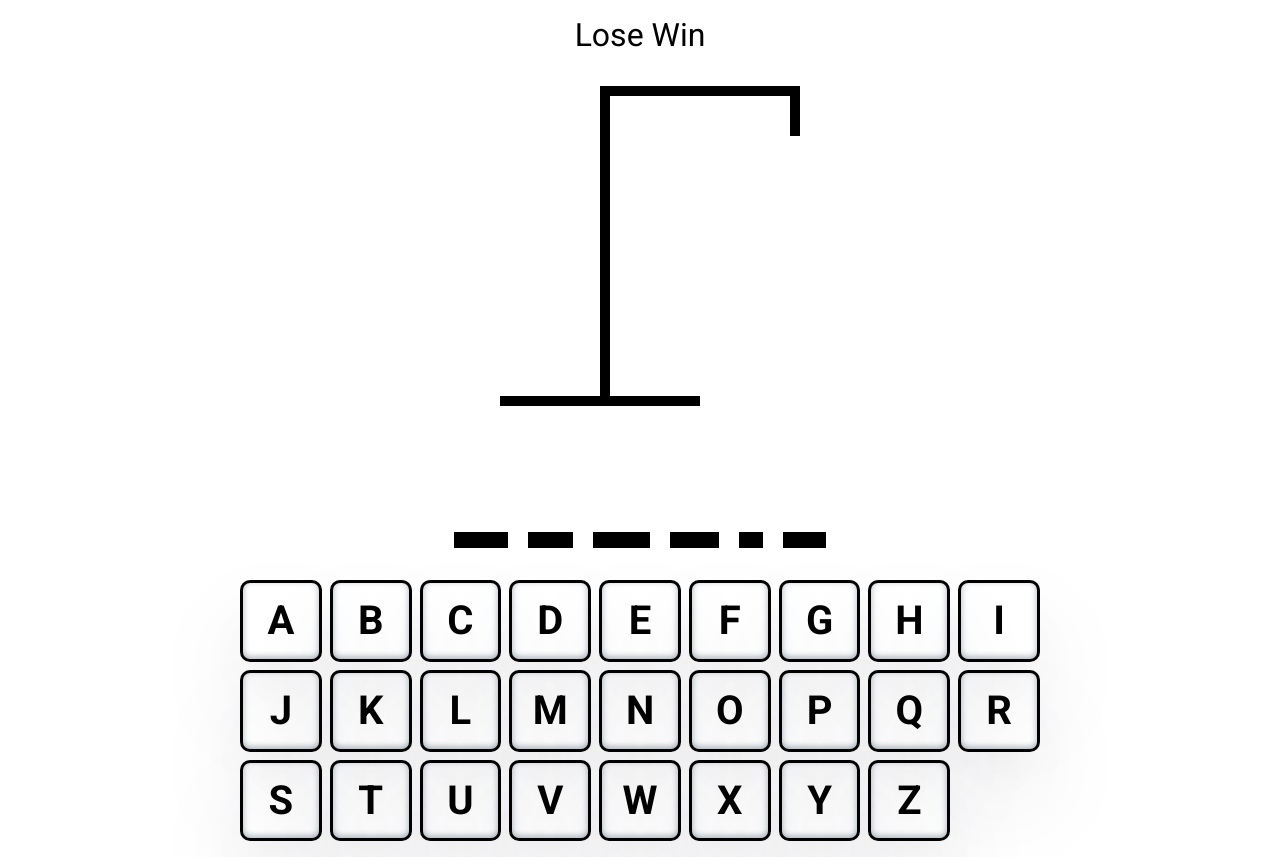
Repository: guilhermecardoso93/jogodaforca
Page: /
An editor plug-in stored every save of this project. The page is shown before and after the next save, followed by the edit.
The browser window is 1280 px wide. The pictures show the whole page.
The project was rebuilt for these pictures with package versions that can differ from the ones it lists, and the page was loaded fresh each time. Also part of the build but not shown: vite.config.ts.

Above is the page before, as saved 2022-12-06 22:05:24.

### index.html
<!DOCTYPE html>
<html lang="en">
  <head>
    <meta charset="UTF-8" />
    <link rel="icon" type="image/svg+xml" href="/vite.svg" />
    <meta name="viewport" content="width=device-width, initial-scale=1.0" />
    <link rel="preconnect" href="https://fonts.googleapis.com"><link
      rel="preconnect" href="https://fonts.gstatic.com" crossorigin><link
      href="https://fonts.googleapis.com/css2?family=Roboto:ital,wght@0,400;0,500;0,700;1,400&display=swap"
      rel="stylesheet">
    <title>Vite + React + TS</title>
  </head>
  <body>
    <div id="root"></div>
    <script type="module" src="/src/main.tsx"></script>
  </body>
</html>

### src/App.tsx
import { useCallback, useEffect, useState } from "react";
import words from "./wordList.json";

import { HangmanDrawing } from "./components/HangmanDrawing";
import { HangmanWord } from "./components/HangmanWord";
import { Keyboard } from "./components/Keyboard";

import "./App.css";

function randomWords() {
  return words[Math.floor(Math.random() * words.length)];
}

export function App() {
  const [wordToGuess, setWordToGuess] = useState(randomWords);
  const [guessedLetters, setGuessedLetters] = useState<string[]>([]);

  const incorrectLetters = guessedLetters.filter(
    (letter) => !wordToGuess.includes(letter)
  );

  const addGuessedLetter = useCallback(
    (letter: string) => {
      if (guessedLetters.includes(letter)) return

      setGuessedLetters(currentLetters => [...currentLetters, letter])
    },
    [guessedLetters]
  )

  useEffect(() => {
    const handler = (e: KeyboardEvent) => {
      const key = e.key
      if (!key.match(/^[a-z]$/)) return

      e.preventDefault()
      addGuessedLetter(key)
    }

    document.addEventListener("keypress", handler)

    return () => {
      document.removeEventListener("keypress", handler)
    }
  }, [guessedLetters])

  return (
    <div className="container">
      <div className="loseOrWin">Lose Win</div>

      <HangmanDrawing numberOfGuesses={incorrectLetters.length} />
      <HangmanWord guessedLetters={guessedLetters} wordToGuess={wordToGuess} />
      <div style={{ alignSelf: "stretch" }}>
        <Keyboard />
      </div>
    </div>
  );
}

### src/wordList.json
[
  "capaz",
  "sobre",
  "absoluto",
  "aceitar",
  "conta",
  "alcançar",
  "através",
  "ativo",
  "real",
  "Admitem",
  "anunciar",
  "afetar",
  "proporcionar",
  "depois",
  "tarde",
  "novamente",
  "contra",
  "agente",
  "aceita",
  "permitir",
  "quase",
  "já",
  "tudo bem",
  "também",
  "Apesar",
  "sempre",
  "América",
  "quantia",
  "outro",
  "responda",
  "separado",
  "aparente",
  "aparecer",
  "Aplique",
  "nomear",
  "abordagem",
  "apropriado",
  "área",
  "argumentar",
  "arranjo",
  "associado",
  "presumir",
  "participar",
  "autoridade",
  "acessível",
  "consciente",
  "horrível",
  "bebê",
  "Saldo",
  "bola",
  "banco",
  "base",
  "base",
  "urso",
  "bater",
  "beleza",
  "Porque",
  "antes da",
  "começar",
  "acreditam",
  "beneficiar",
  "melhor",
  "entre",
  "conta",
  "nascimento",
  "Preto",
  "cara",
  "sangue",
  "golpe",
  "limite",
  "linha",
  "Lista",
  "ouço",
  "pequena",
  "viver",
  "carregar",
  "local",
  "trancar",
  "Londres",
  "grandes",
  "olhar",
  "senhor",
  "perder",
  "amor",
  "sorte",
  "almoço",
  "máquina",
  "faço",
  "gerir",
  "muitos",
  "marca",
  "mercado",
  "casar",
  "Combine",
  "matéria",
  "significa",
  "significado",
  "a medida",
  "encontrar",
  "membro",
  "menção",
  "meio",
  "poderia",
  "milha",
  "ouvir",
  "coração",
  "aquecer",
  "pesado",
  "inferno",
  "ajuda",
  "aqui",
  "Alto",
  "história",
  "aguarde",
  "feriado",
  "casa",
  "honesto",
  "esperança",
  "cavalo",
  "hospital",
  "hora",
  "lar",
  "Contudo",
  "olá",
  "centenas",
  "esposo",
  "idéia",
  "identificar",
  "Imagine",
  "importante",
  "melhorar",
  "incluir",
  "renda",
  "aumentar",
  "na verdade",
  "Individual",
  "indústria",
  "informar",
  "garantir",
  "interesse",
  "em",
  "introduzir",
  "investir",
  "envolver",
  "questão",
  "item",
  "Jesus",
  "Junte",
  "juiz",
  "pular",
  "apenas",
  "guarda",
  "matar",
  "Gentil",
  "rei",
  "cozinha",
  "bater",
  "conhecer",
  "trabalho",
  "senhora",
  "terra",
  "Língua",
  "ampla",
  "último",
  "tarde",
  "riso",
  "conduzir",
  "aprender",
  "sair",
  "deixei",
  "menos",
  "carta",
  "nível",
  "vida",
  "leve",
  "Curti",
  "provável",
  "cinco",
  "apartamento",
  "piso",
  "Segue",
  "Comida",
  "pé",
  "força",
  "esquecer",
  "Formato",
  "fortuna",
  "frente",
  "quatro",
  "França",
  "gratuitamente",
  "amigo",
  "a partir de",
  "frente",
  "cheio",
  "função",
  "fundo",
  "futuro",
  "jogos",
  "jardim",
  "em geral",
  "Alemanha",
  "menina",
  "dar",
  "vidro",
  "Boa",
  "adeus",
  "governo",
  "grande",
  "conceder",
  "excelente",
  "verde",
  "chão",
  "grupo",
  "crescer",
  "acho",
  "cabelo",
  "metade",
  "corredor",
  "mão",
  "pendurar",
  "acontecer",
  "feliz",
  "duro",
  "odiar",
  "tenho",
  "cabeça",
  "saúde"
]

### src/components/HangmanDrawing.tsx
const HEAD = (
  <div
    style={{
      width: "50px",
      height: "50px",
      borderRadius: "100%",
      border: "10px solid black",
      position: "absolute",
      top: "49px",
      right: "-20px",
    }}
  />
);

const BODY = (
  <div
    style={{
      width: "10px",
      height: "100px",
      background: "black",
      position: "absolute",
      top: "90px",
      right: 0,
    }}
  />
);

const RIGHT_ARM = (
  <div
    style={{
      width: "100px",
      height: "10px",
      background: "black",
      position: "absolute",
      top: "120px",
      right: "-100px",
      rotate: "-30deg",
      transformOrigin: "left bottom",
    }}
  />
);

const LEFT_ARM = (
  <div
    style={{
      width: "100px",
      height: "10px",
      background: "black",
      position: "absolute",
      top: "120px",
      right: "10px",
      rotate: "30deg",
      transformOrigin: "right bottom",
    }}
  />
);

const RIGHT_LEG = (
  <div
    style={{
      width: "100px",
      height: "10px",
      background: "black",
      position: "absolute",
      top: "180px",
      right: "-90px",
      rotate: "60deg",
      transformOrigin: "left bottom",
    }}
  />
);

const LEFT_LEG = (
  <div
    style={{
      width: "100px",
      height: "10px",
      background: "black",
      position: "absolute",
      top: "180px",
      right: 0,
      rotate: "-60deg",
      transformOrigin: "right bottom",
    }}
  />
);

const BODY_PARTS = [HEAD, BODY, RIGHT_ARM, LEFT_ARM, RIGHT_LEG, LEFT_LEG];

type HangmanDrawingProps = {
  numberOfGuesses: number;
};

export function HangmanDrawing({ numberOfGuesses }: HangmanDrawingProps) {
  return (
    <div style={{ position: "relative" }}>
      {BODY_PARTS.slice(0, numberOfGuesses)}
      <div
        style={{
          height: "50px",
          width: "10px",
          background: "black",
          position: "absolute",
          top: 0,
          right: 0,
        }}
      />
      <div
        style={{
          height: "10px",
          width: "200px",
          background: "black",
          marginLeft: "120px",
        }}
      />
      <div
        style={{
          height: "300px",
          width: "10px",
          background: "black",
          marginLeft: "120px",
        }}
      />
      <div
        style={{
          height: "10px",
          width: "200px",
          marginLeft: "20px",
          background: "black",
        }}
      />
    </div>
  );
}

### src/components/HangmanWord.tsx
import "../App.css";

type HangmanWordProps = {
  guessedLetters:string[];
  wordToGuess: string;
}

export function HangmanWord({guessedLetters, wordToGuess} : HangmanWordProps) {


    return (
    <div className="HangmanWordContainer">
      {wordToGuess.split("").map((letter, index) => (
        <span key={index}>
          <span
            style={{
              visibility: guessedLetters.includes(letter)
                ? "visible"
                : "hidden",
            }}
          >
            {letter}
          </span>
        </span>
      ))}
    </div>
  );
}

### src/components/Keyboard.tsx
import styles from "./Keyboard.module.css";
const KEYS = [
  "a",
  "b",
  "c",
  "d",
  "e",
  "f",
  "g",
  "h",
  "i",
  "j",
  "k",
  "l",
  "m",
  "n",
  "o",
  "p",
  "q",
  "r",
  "s",
  "t",
  "u",
  "v",
  "w",
  "x",
  "y",
  "z",
];

export function Keyboard() {
  return (
    <div className={styles.KeyboardContainer}>
      {KEYS.map((key) => {
        return (
          <button key={key} className={styles.btn}>
            {key}
          </button>
        );
      })}
    </div>
  );
}

### src/App.css
* {
  margin: 0;
  passing: 0;
  box-sizing: border-box;
  font-family: "Roboto", sans-serif;
}

body {
  margin: 1rem;
}

.container {
  max-width: 800px;
  display: flex;
  flex-direction: column;
  gap: 2rem;
  margin: 0 auto;
  align-items: center;
  justify-content: center;
}

.loseOrWin {
  font-size: 2rem;
  text-align: center;
}

.HangmanWordContainer {
  display: flex;
  gap: 0.25em;
  font-size: 5rem;
  font-weight: bold;
  text-transform: uppercase;
}

.HangmanWordContainer > span {
  border-bottom: 1rem solid black;
}

.HangmanWordContainer .invisibleLetter {
  visibility: hidden;
}

### src/components/Keyboard.module.css
.KeyboardContainer {
  display: grid;
  grid-template-columns: repeat(auto-fit, minmax(75px, 1fr));
  gap: 0.5rem;
  align-itens: center;
}

.btn {
  width: 100%;
  border: 3px solid black;
  background: none;
  aspect-ratio: 1 / 1;
  font-size: 2.5rem;
  text-transform: uppercase;
  padding: 0.5rem;
  font-weight: bold;
  cursor: pointer;
  color: black;
  border-radius: 10px;
  box-shadow: rgba(50, 50, 93, 0.25) 0px 50px 100px -20px,
    rgba(0, 0, 0, 0.3) 0px 30px 60px -30px,
    rgba(10, 37, 64, 0.35) 0px -2px 6px 0px inset;
}

.btn.active {
  background-color: hsl(200, 100%, 50%);
  color: white;
}

.btn.inactive {
  opacity: 0.3;
}

.btn:hover:not(:disabled),
.btn:focus:not(:disabled) {
  background-color: hsl(200, 100%, 75%);
}

Loaded but not shown: src/main.tsx (common file)

After the next save:
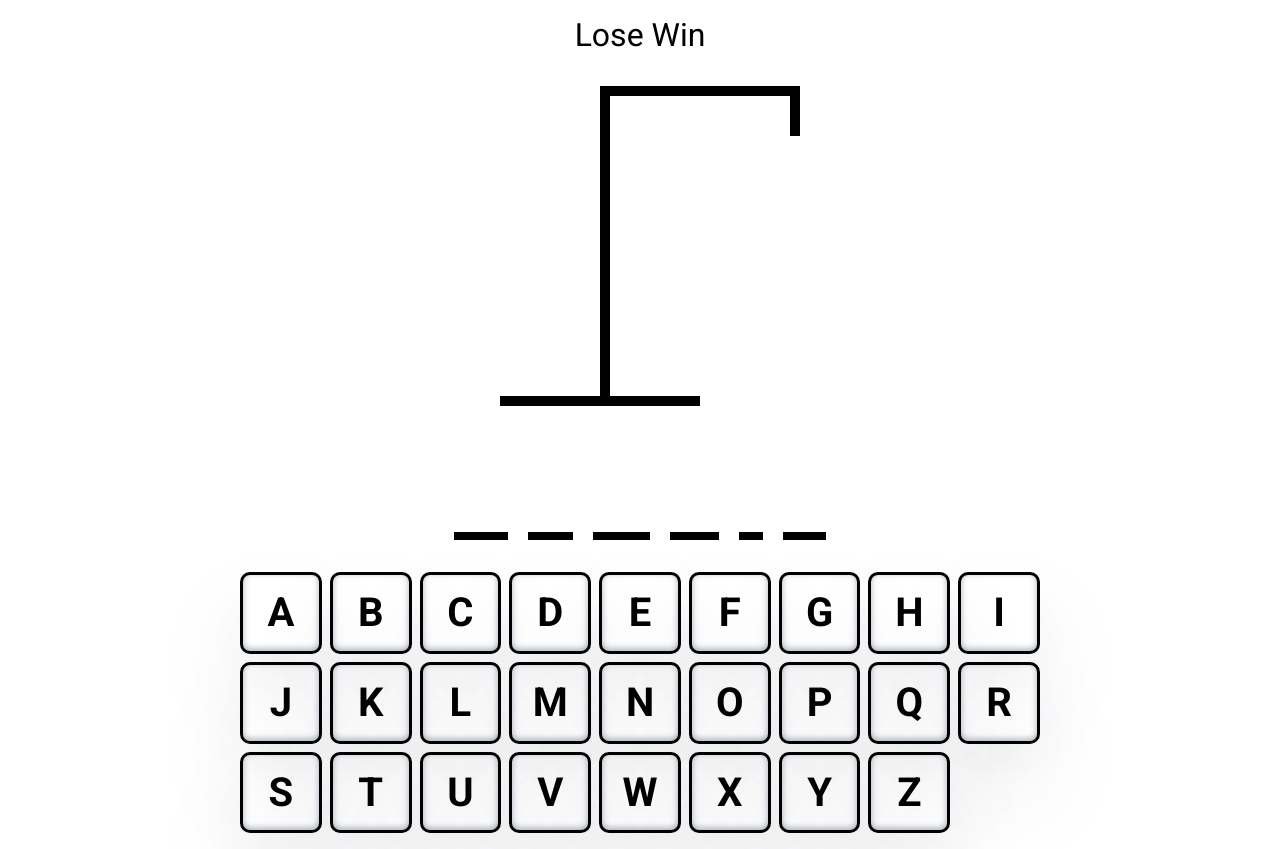
Saved 84 s later.
--- a/src/components/HangmanWord.tsx
+++ b/src/components/HangmanWord.tsx
@@ -1,22 +1,26 @@
 import "../App.css";
 
 type HangmanWordProps = {
-  guessedLetters:string[];
+  guessedLetters: string[];
   wordToGuess: string;
-}
+  reveal?: boolean;
+};
 
-export function HangmanWord({guessedLetters, wordToGuess} : HangmanWordProps) {
-
-
-    return (
+export function HangmanWord({
+  guessedLetters,
+  wordToGuess,
+  reveal = false,
+}: HangmanWordProps) {
+  return (
     <div className="HangmanWordContainer">
       {wordToGuess.split("").map((letter, index) => (
-        <span key={index}>
+        <span style={{ borderBottom: ".1em solid black" }} key={index}>
           <span
             style={{
-              visibility: guessedLetters.includes(letter)
-                ? "visible"
-                : "hidden",
+              visibility:
+                guessedLetters.includes(letter) || reveal
+                  ? "visible"
+                  : "hidden",
             }}
           >
             {letter}
